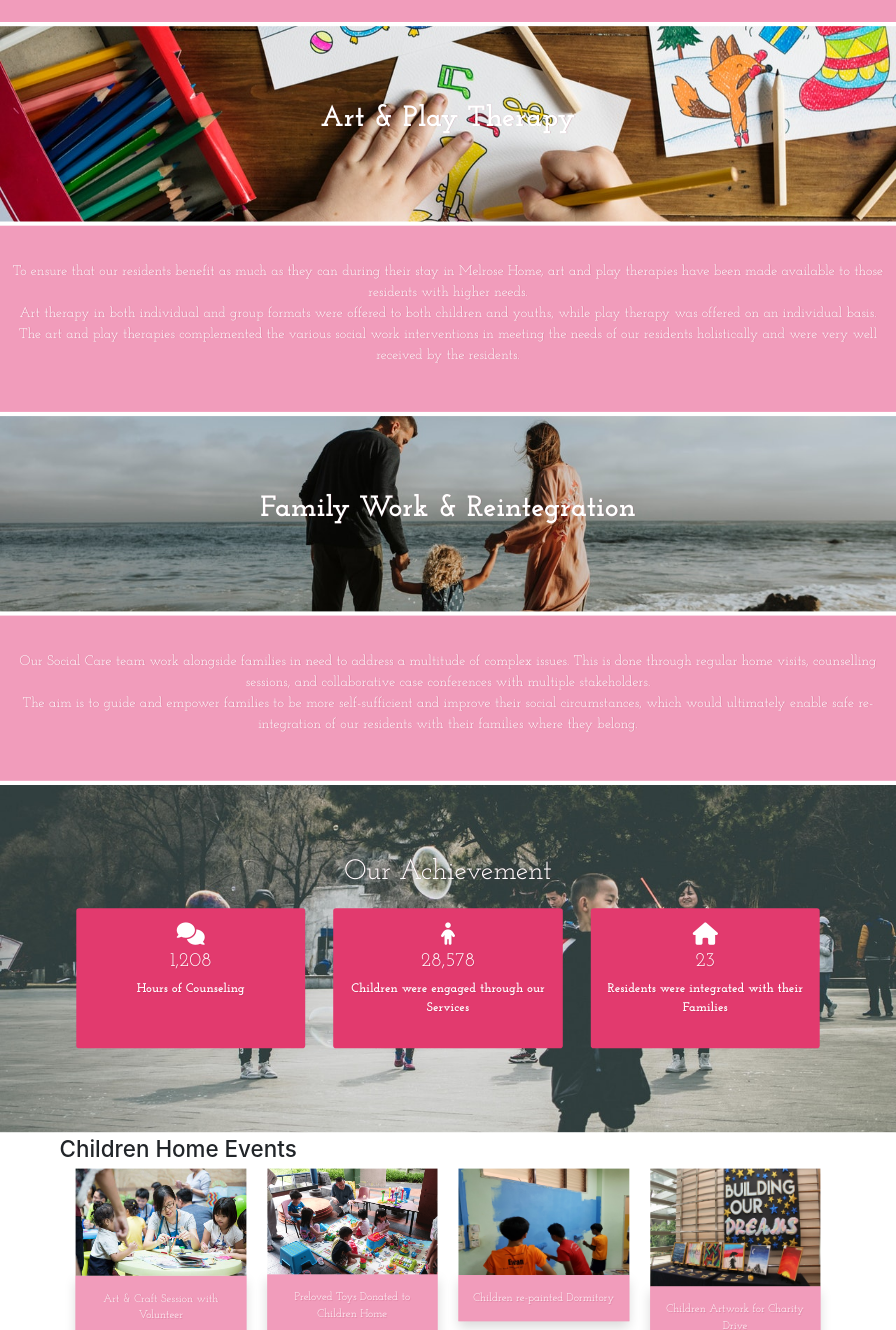
Repository: Code-Institute-Submissions/Jasonngyt-Project1
Page: services.html
The author's editor kept a record of every edit. The page is drawn from the files as they stood at one moment, then again after the next edit.
The browser window is 1280 px wide. The pictures show the part of the page from y = 659 to 2559 px (the page is 2914 px tall before and 2899 px after), at 70% of full size.
A picture or video elsewhere on the page could not be fetched, so the positions and the page height are approximate. Backgrounds fixed to the window are drawn as part of the page. Some web fonts or font styles are not loaded; a fallback is used. Some web libraries are served in a nearby version.

Above is the page before.

After the next edit:
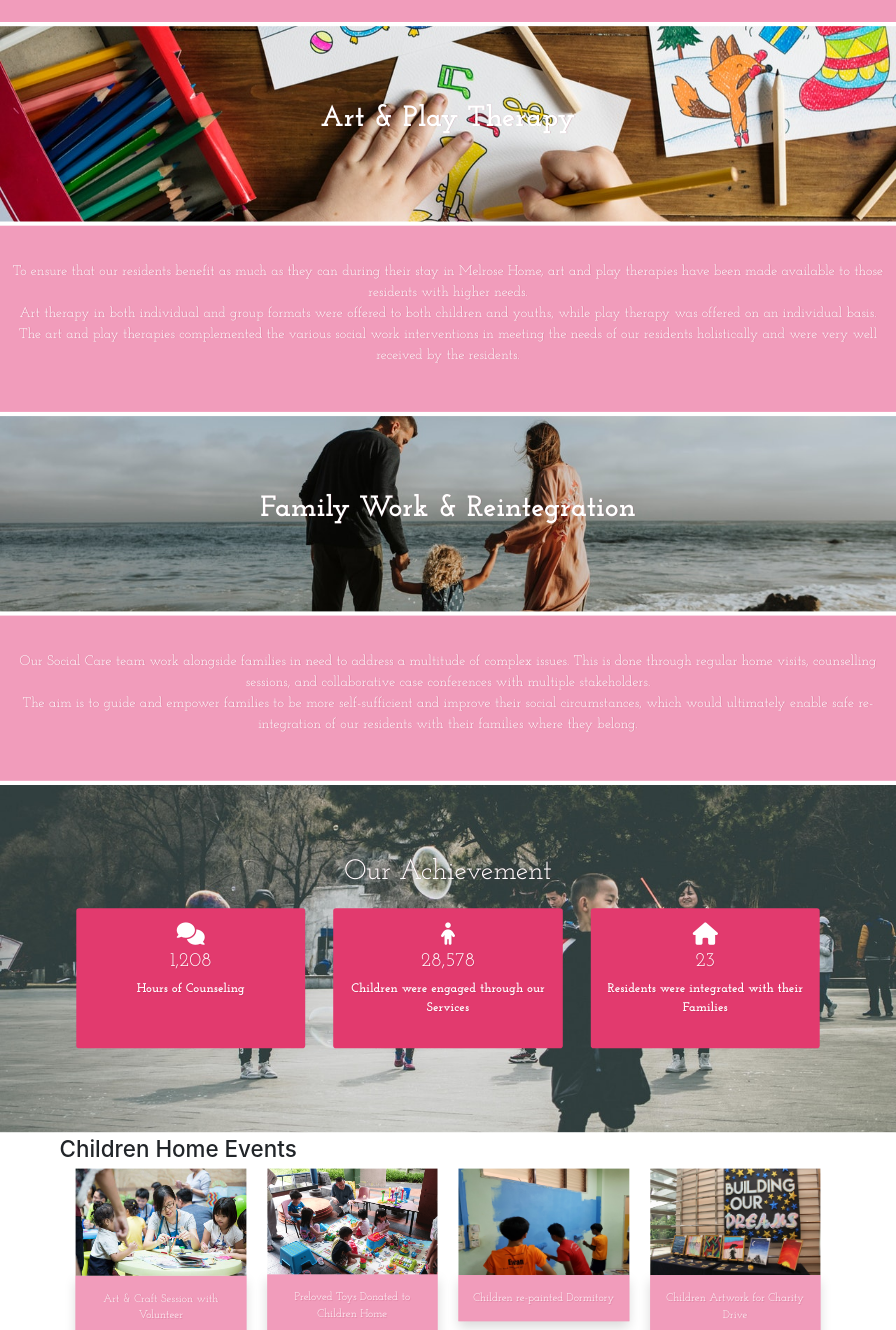
The edit:
--- a/services.html
+++ b/services.html
@@ -106,7 +106,7 @@
             <div class="col-sm-5 col-md-3 card-img-top"><img src ="image/home_refurbish.jpg" class ="w-100" style="height:152px;">
                 <div class="card-body text-center shadow event_style">Children re-painted Dormitory</div>
             </div>
-            <div class="col-sm-5 col-md-3 card-img-top"><img src ="image/children_artwork.jpg" class ="w-100">
+            <div class="col-sm-5 col-md-3 card-img-top"><img src ="image/children_artwork.jpg" class ="w-100" style="height:152px;">
                 <div class="card-body text-center shadow event_style">Children Artwork for Charity Drive</div>
             </div>
         </div>
